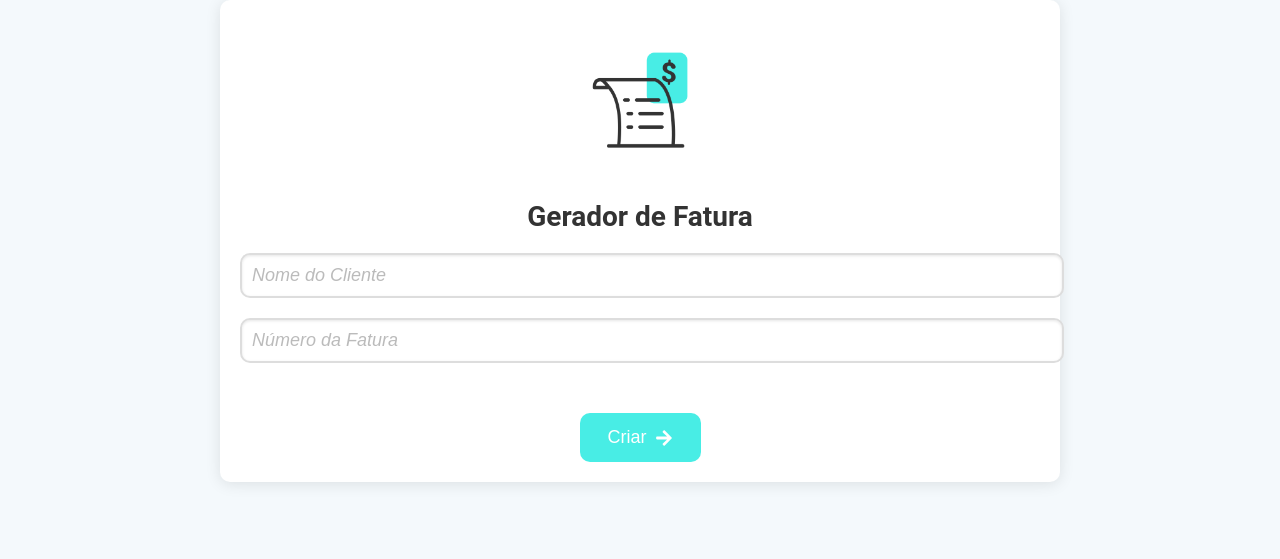
Repository: devthmedu/Invoice-Generator
Page: /
The author's editor kept a copy of each file at every save. The page is drawn from the files as they stood at one save, then again after the next save.
The browser window is 1280 px wide. The pictures show the whole page.
The project was rebuilt for these pictures with package versions that can differ from the ones it lists, and the page was loaded fresh each time. Also part of the build but not shown: vite.config.js, src/Componete/Template.jsx.

Above is the page before, as saved 2024-07-16 19:35:54.

After the next save:
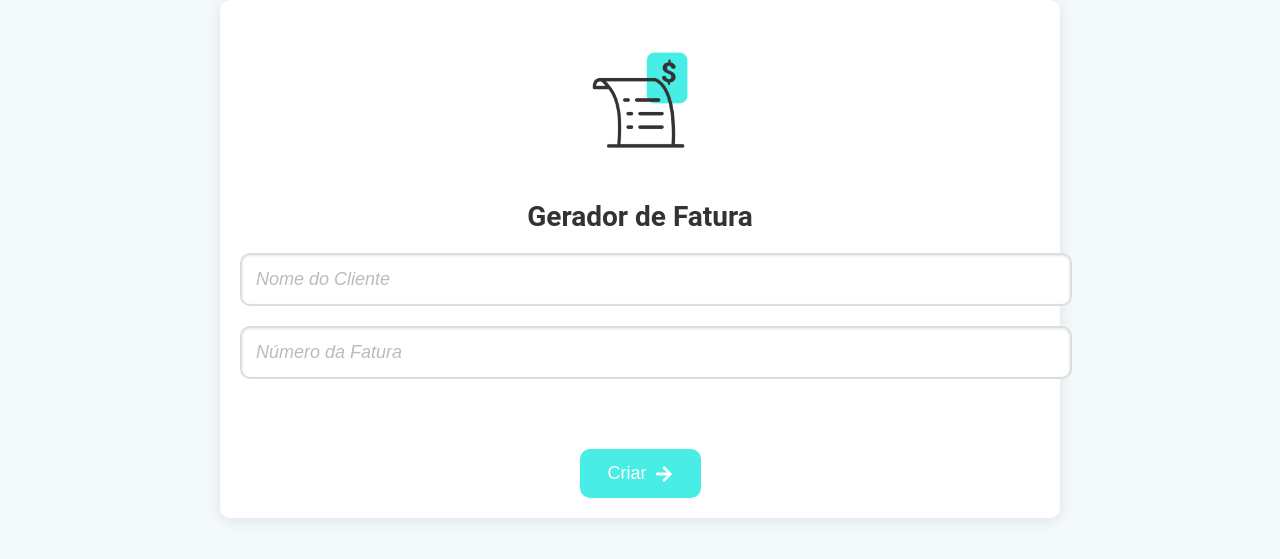
Saved 55 s later.
--- a/src/App.css
+++ b/src/App.css
@@ -6,12 +6,12 @@ body {
 }
 
 .container {
-  max-width: 600px; /* Largura aumentada para melhor usabilidade */
+  max-width: 600px; /* Largura ideal para usabilidade */
   margin: 100px auto; /* Centralização */
-  padding: 40px 30px; /* Adicionando padding */
+  padding: 40px 30px; /* Padding generoso */
   background: white; /* Estilo de cartão */
-  border-radius: 20px; /* Cantos arredondados mais pronunciados */
-  box-shadow: 0 8px 30px rgba(0, 0, 0, 0.2); /* Sombra mais profunda */
+  border-radius: 20px; /* Cantos arredondados */
+  box-shadow: 0 8px 30px rgba(0, 0, 0, 0.15); /* Sombra sutil */
   transition: transform 0.3s; /* Transição suave */
 }
 
@@ -27,8 +27,8 @@ body {
 
 .title {
   text-align: center;
-  color: #333; /* Texto mais escuro */
-  font-size: 28px; /* Tamanho de fonte aumentado */
+  color: #333; /* Texto escuro */
+  font-size: 28px; /* Tamanho de fonte grande */
   margin-bottom: 20px; /* Espaço abaixo do título */
   font-weight: 700; /* Título em negrito */
 }
@@ -43,7 +43,7 @@ body {
 }
 
 .input-field {
-  padding: 10px; /* Padding confortável */
+  padding: 14px; /* Padding confortável */
   border: 2px solid #ddd; /* Borda mais espessa */
   border-radius: 10px; /* Cantos arredondados */
   font-size: 18px; /* Tamanho de fonte maior */
@@ -67,6 +67,7 @@ body {
 .buttons {
   display: flex;
   justify-content: center; /* Centraliza os botões */
+  margin-top: 20px; /* Espaço acima dos botões */
 }
 
 .submit-button {
@@ -74,7 +75,7 @@ body {
   color: white; /* Texto branco */
   border: none; /* Sem borda */
   border-radius: 10px; /* Cantos arredondados */
-  padding: 14px 28px; /* Padding */
+  padding: 14px 28px; /* Padding confortável */
   font-size: 18px; /* Tamanho de fonte maior */
   cursor: pointer; /* Muda para ponteiro ao passar o mouse */
   transition: background 0.3s, transform 0.3s; /* Transições suaves */
